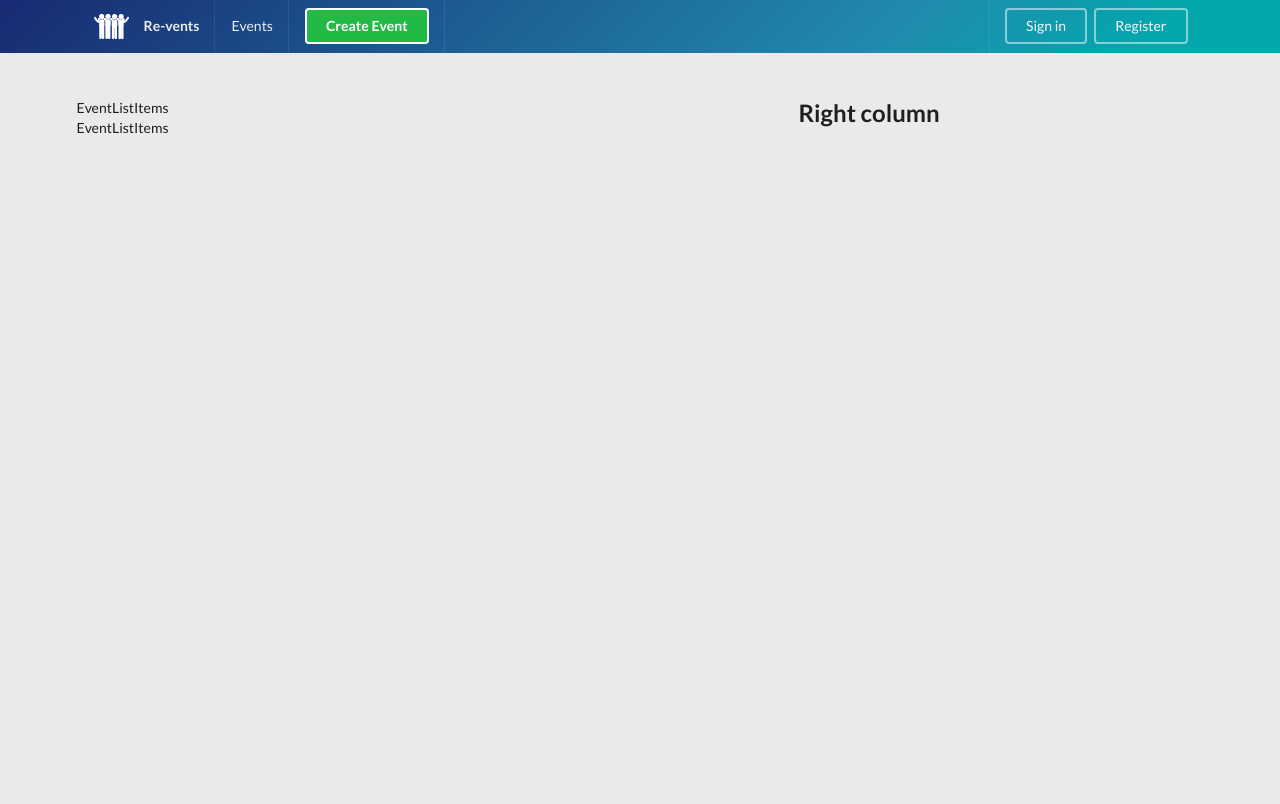
Repository: Preranabaruah/react-semantic-ui
Page: /
An editor plug-in stored every save of this project. The page is shown before and after the next save, followed by the edit.
The browser window is 1280 px wide. The pictures show the whole page.
The project was rebuilt for these pictures with package versions that can differ from the ones it lists, and the page was loaded fresh each time. Also part of the build but not shown: vite.config.ts.

Above is the page before, as saved 2023-09-08 14:16:41.

After the next save:
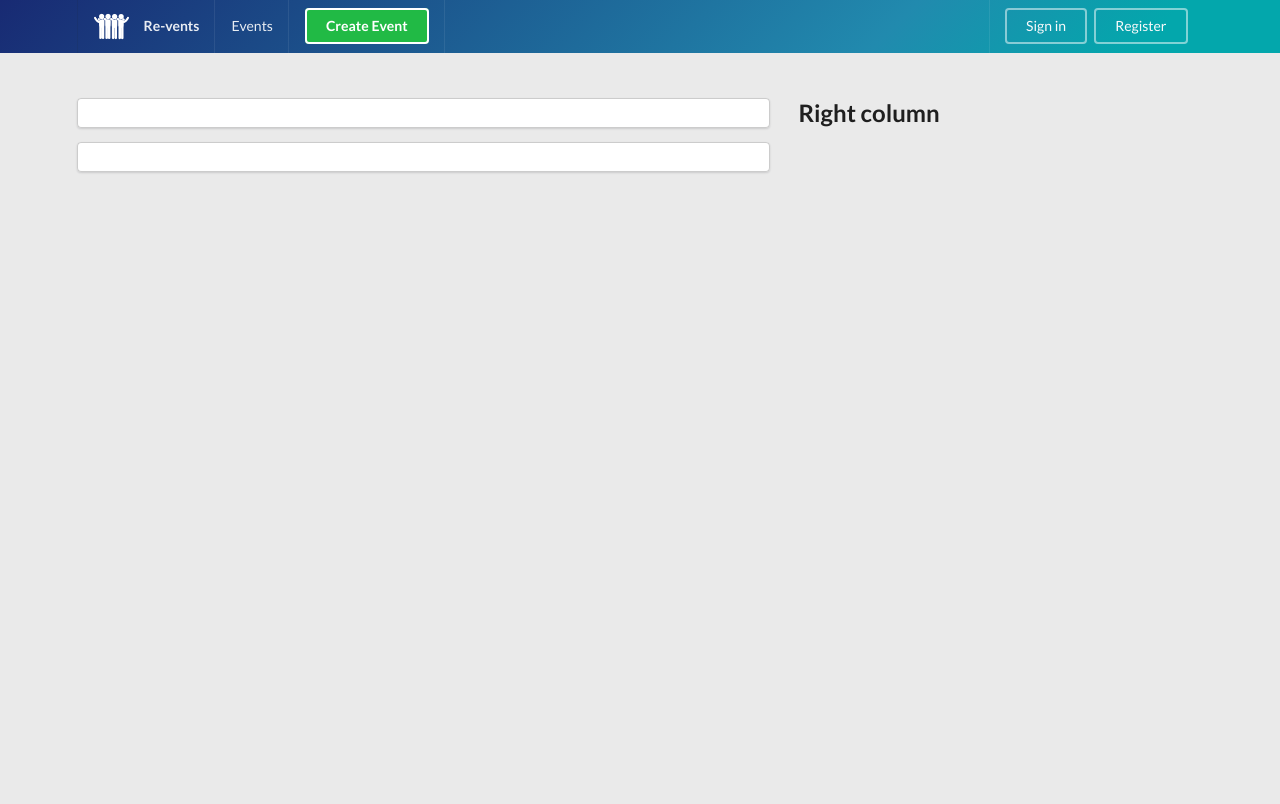
Saved 2 min 49 s later.
--- a/src/features/events/event-dashboard/event-list-item.tsx
+++ b/src/features/events/event-dashboard/event-list-item.tsx
@@ -1,5 +1,19 @@
+import { Item, Segment } from "semantic-ui-react";
+
 const EventListItems = () => {
-  return <div>EventListItems</div>;
+  return (
+    <>
+      <Segment.Group>
+        <Segment>
+          <Item.Group>
+            <Item>
+              <Item.Image size="tiny" />
+            </Item>
+          </Item.Group>
+        </Segment>
+      </Segment.Group>
+    </>
+  );
 };
 
 export default EventListItems;
